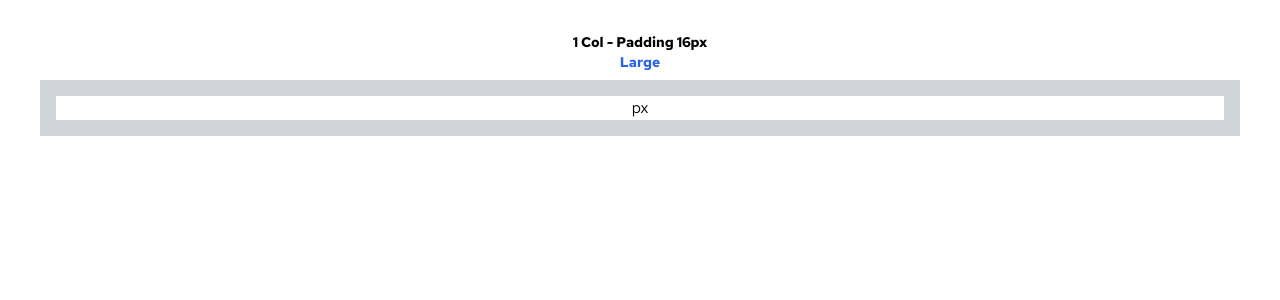
Repository: fabianwurk/vue-tailwind
Page: /
The author's editor kept a copy of each file at every save. The page is drawn from the files as they stood at one save, then again after the next save.
The browser window is 1280 px wide. The pictures show the whole page.
The project was rebuilt for these pictures with package versions that can differ from the ones it lists, and the page was loaded fresh each time. Also part of the build but not shown: vite.config.js.

Above is the page before, as saved 2021-03-16 23:44:08.
Console error: TypeError: this.innerWidth is not a function

After the next save:
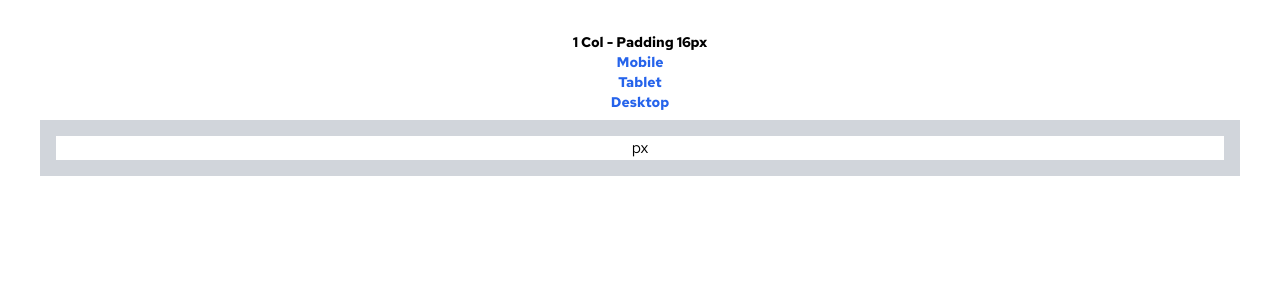
Saved 53 s later.
--- a/src/components/Large.vue
+++ b/src/components/Large.vue
@@ -4,7 +4,9 @@
     <div class="container mx-auto">
       <h2 class="text-sm font-bold mb-2 mt-8 text-center">
         1 Col - Padding 16px
-        <span class="hidden md:hidden lg:block text-center text-blue-600">Large</span>
+        <span class="hidden md:hidden lg:block text-center text-blue-600">Mobile</span>
+        <span class="hidden md:hidden lg:block text-center text-blue-600">Tablet</span>
+        <span class="hidden md:hidden lg:block text-center text-blue-600">Desktop</span>
       </h2>
       <div class="flex items-center">
         <div class="w-full bg-gray-300 mb-4 mt-0 py-4 px-4 text-center">
